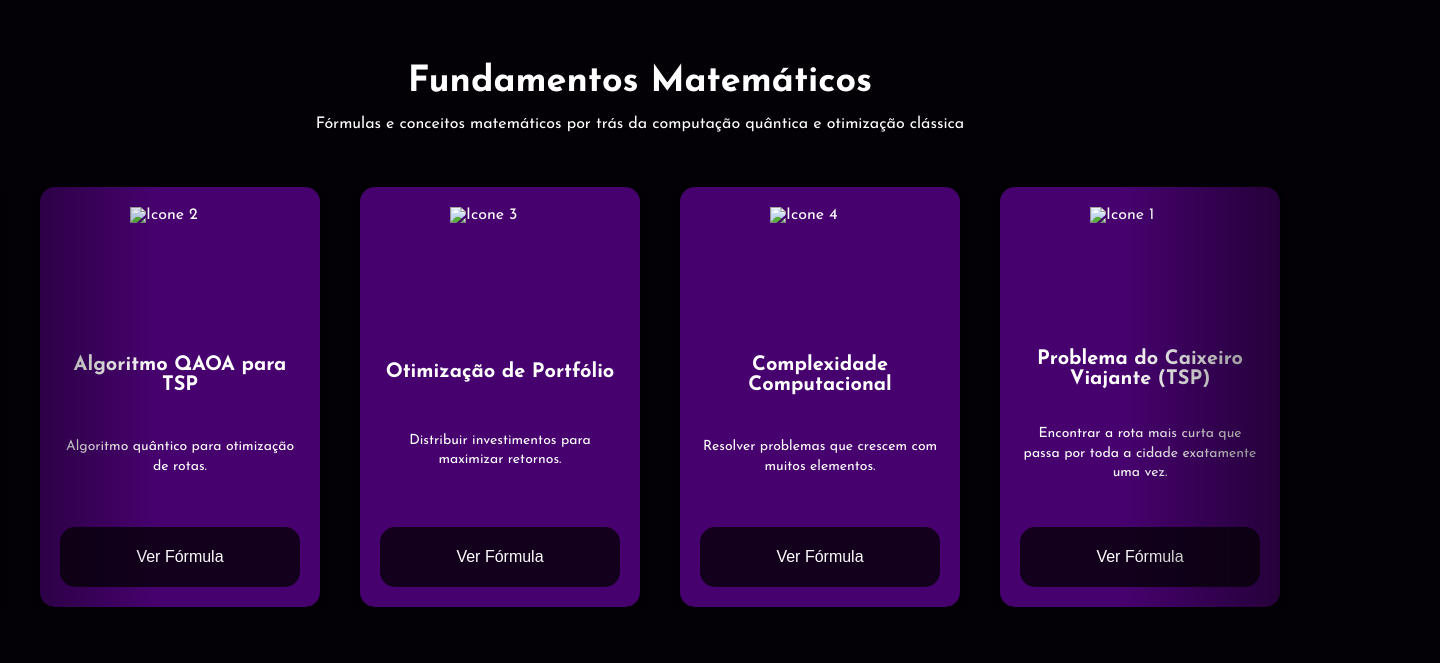
Repository: Everson9/Projeto-de-escalabilidade-quantica-definitivo
Page: fundamentos.html
These files come from the project's save history. The page is drawn as it stood at one moment and after the next save; the edit follows.
The browser window is 1280 px wide. The page is 1440 px wide, then 1280 px, so the pictures cover 1440 px, including what lies to the right of the window. The pictures show the whole page.

Above is the page before, as saved 2025-10-01 11:07:00.
Not found: caminho/para/sua/imagem1.png
Not found: caminho/para/sua/imagem2.png
Not found: caminho/para/sua/imagem3.png

### fundamentos.html
<!DOCTYPE html>
<html lang="pt-br">
<head>
    <meta charset="UTF-8">
    <meta name="viewport" content="width=device-width, initial-scale=1.0">
    <title>Carrossel Híbrido</title>
    <link rel="stylesheet" href="fundamentos.css">
    <link href="https://fonts.googleapis.com/css2?family=Josefin+Sans:wght@400;700&display=swap" rel="stylesheet">
</head>
<body>

    <div class="fundamentos-matematicos">
        <h1>Fundamentos Matemáticos</h1>
        <p>Fórmulas e conceitos matemáticos por trás da computação quântica e otimização clássica</p>
    </div>

    <div class="carousel-wrapper">
        <div id="prev-btn" class="carousel-btn">&#9664;</div>
        <div class="carousel-container">
            <div class="carousel-track">
                <!-- Cards Originais -->
                <div class="formula_1">
                    <img src="caminho/para/sua/imagem1.png" alt="Ícone 1">
                    <h4>Problema do Caixeiro Viajante (TSP )</h4>
                    <p>Encontrar a rota mais curta que passa por toda a cidade exatamente uma vez.</p>
                    <button class="button">Ver Fórmula</button>
                </div>
                <div class="formula_1">
                    <img src="caminho/para/sua/imagem2.png" alt="Ícone 2">
                    <h4>Algoritmo QAOA para TSP</h4>
                    <p>Algoritmo quântico para otimização de rotas.</p>
                    <button class="button">Ver Fórmula</button>
                </div>
                <div class="formula_1">
                    <img src="caminho/para/sua/imagem3.png" alt="Ícone 3">
                    <h4>Otimização de Portfólio</h4>
                    <p>Distribuir investimentos para maximizar retornos.</p>
                    <button class="button">Ver Fórmula</button>
                </div>
                <div class="formula_1">
                    <img src="caminho/para/sua/imagem4.png" alt="Ícone 4">
                    <h4>Complexidade Computacional</h4>
                    <p>Resolver problemas que crescem com muitos elementos.</p>
                    <button class="button">Ver Fórmula</button>
                </div>

                <!-- Cards Duplicados -->
                <div class="formula_1">
                    <img src="caminho/para/sua/imagem1.png" alt="Ícone 1">
                    <h4>Problema do Caixeiro Viajante (TSP)</h4>
                    <p>Encontrar a rota mais curta que passa por toda a cidade exatamente uma vez.</p>
                    <button class="button">Ver Fórmula</button>
                </div>
            </div>
        </div>
        <div id="next-btn" class="carousel-btn">&#9654;</div>
    </div>

    <script src="script.js"></script>

</body>
</html>

### fundamentos.css
body {
    background-color: #030105;
    font-family: 'Josefin Sans', sans-serif;
    color: #fff;
    margin: 0;
    padding: 0;
    display: flex;
    flex-direction: column;
    align-items: center;
    justify-content: flex-start;
    text-decoration: none;
    overflow-x: hidden; /* Esconde a barra de rolagem horizontal */
}

.fundamentos-matematicos {
    text-align: center;
    color: white;
    margin-top: 40px;
    margin-bottom: 20px;
}

h1 {
    font-size: 36px;
    margin-bottom: 10px;
}

/* Estilos dos Cards */
.formula_1 {
    width: 240px;
    height: 380px;
    background-color: #7703BA96;
    border-radius: 15px;
    padding: 20px;
    display: flex;
    flex-direction: column;
    justify-content: space-between;
    box-shadow: 0 4px 8px rgba(0, 0, 0, 0.2);
    margin: 0 20px; /* Espaçamento entre os cards */
    flex-shrink: 0; /* Impede que os cards encolham */
}

.formula_1 h4 {
    font-size: 20px;
    margin-bottom: 10px;
    text-align: center;
}

.formula_1 img {
    width: 100px;
    height: 100px;
    margin: 0 auto;
}

.formula_1 p {
    text-align: center;
    font-size: 14px;
    line-height: 1.4;
    margin-top: 10px;
}

.button {
    background-color: #030105C2;
    border: none;
    padding: 10px;
    color: white;
    font-size: 16px;
    text-align: center;
    height: 60px;
    border-radius: 15px;
    cursor: pointer;
    text-decoration: none;
    margin-top: 15px;
    transition: background-color 0.3s;
}

.button a {
    text-decoration: none;
    color: white;
    display: block;
    line-height: 40px;     /* Centraliza o texto verticalmente dentro do botão (ajuste se a altura do botão mudar) */
}

.button:hover a{
    background-color: #ffffffc2;
    color: #030105;
}

/* --- Novas Classes para o Carrossel --- */

body {
    background-color: #030105;
    font-family: 'Josefin Sans', sans-serif;
    color: #fff;
    margin: 0;
    padding: 0;
    display: flex;
    flex-direction: column;
    align-items: center;
    justify-content: flex-start;
    text-decoration: none;
    overflow-x: hidden; /* Esconde a barra de rolagem horizontal */
}

.fundamentos-matematicos {
    text-align: center;
    color: white;
    margin-top: 40px;
    margin-bottom: 20px;
}

h1 {
    font-size: 36px;
    margin-bottom: 10px;
}

/* Estilos dos Cards */
.formula_1 {
    width: 240px;
    height: 380px;
    background-color: #7703BA96;
    border-radius: 15px;
    padding: 20px;
    display: flex;
    flex-direction: column;
    justify-content: space-between;
    box-shadow: 0 4px 8px rgba(0, 0, 0, 0.2);
    margin: 0 20px; /* Espaçamento entre os cards */
    flex-shrink: 0; /* Impede que os cards encolham */
}

.formula_1 h4 {
    font-size: 20px;
    margin-bottom: 10px;
    text-align: center;
}

.formula_1 img {
    width: 100px;
    height: 100px;
    margin: 0 auto;
}

.formula_1 p {
    text-align: center;
    font-size: 14px;
    line-height: 1.4;
    margin-top: 10px;
}

.button {
    background-color: #030105C2;
    border: none;
    padding: 10px;
    color: white;
    font-size: 16px;
    text-align: center;
    height: 60px;
    border-radius: 15px;
    cursor: pointer;
    text-decoration: none;
    margin-top: 15px;
    transition: background-color 0.3s;
}

.button:hover {
    background-color: #ffffffc2;
    color: #030105;
}

/* --- Novas Classes para o Carrossel --- */

.carousel-container {
    width: 100%;
    display: flex;
    justify-content: flex-start; /* Alinha a trilha no início */
    overflow: hidden; /* Essencial para esconder o que está fora da tela */
    -webkit-mask-image: linear-gradient(to right, transparent, black 20%, black 80%, transparent);
    mask-image: linear-gradient(to right, transparent, black 20%, black 80%, transparent);
}

.carousel-track {
    display: flex; /* Coloca os cards em linha */
    animation: scroll 40s linear infinite; /* Aplica a animação */
}

.carousel-container:hover .carousel-track {
    animation-play-state: paused; /* Pausa a animação ao passar o mouse */
}

/* Animação de Rolagem */
@keyframes scroll {
    0% {
        transform: translateX(0);
    }
    100% {
        /* Move a trilha para a esquerda pelo tamanho exato da primeira metade dos cards */
        /* (240px de largura + 40px de margem) * 4 cards = 1120px */
        transform: translateX(calc(-280px * 4));
    }
}

After the next save:
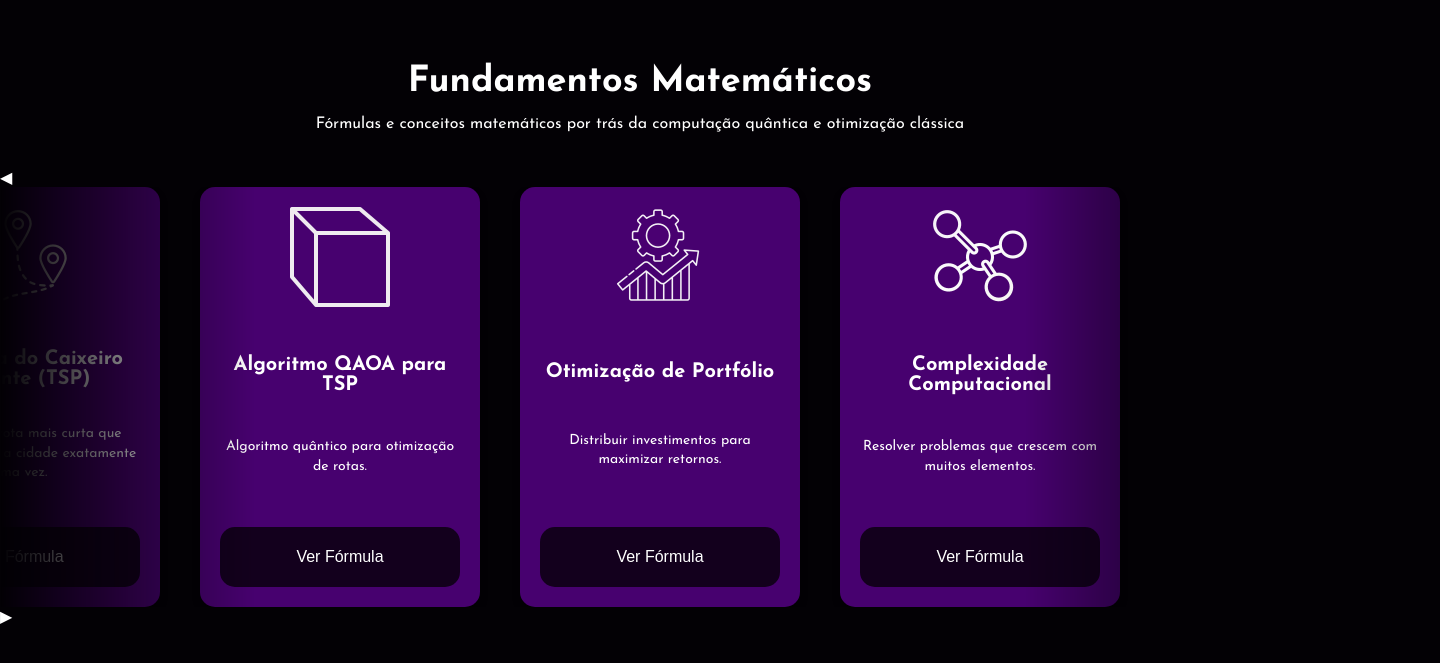
Saved 21 s later.
--- a/fundamentos.html
+++ b/fundamentos.html
@@ -3,7 +3,7 @@
 <head>
     <meta charset="UTF-8">
     <meta name="viewport" content="width=device-width, initial-scale=1.0">
-    <title>Carrossel Híbrido</title>
+    <title>Carrossel Avançado</title>
     <link rel="stylesheet" href="fundamentos.css">
     <link href="https://fonts.googleapis.com/css2?family=Josefin+Sans:wght@400;700&display=swap" rel="stylesheet">
 </head>
@@ -14,48 +14,50 @@
         <p>Fórmulas e conceitos matemáticos por trás da computação quântica e otimização clássica</p>
     </div>
 
+    <!-- Wrapper para o carrossel e as setas -->
     <div class="carousel-wrapper">
+        <!-- Seta Esquerda -->
         <div id="prev-btn" class="carousel-btn">&#9664;</div>
+
+        <!-- Container do Carrossel -->
         <div class="carousel-container">
             <div class="carousel-track">
-                <!-- Cards Originais -->
+                <!-- Cards Originais (Apenas os 4 originais são necessários, o JS cuidará da clonagem ) -->
                 <div class="formula_1">
-                    <img src="caminho/para/sua/imagem1.png" alt="Ícone 1">
-                    <h4>Problema do Caixeiro Viajante (TSP )</h4>
+                    <img src="imgs_icones/CaixeiroViajante.png" alt="Ícone do Problema do Caixeiro Viajante">
+                    <h4>Problema do Caixeiro Viajante (TSP)</h4>
                     <p>Encontrar a rota mais curta que passa por toda a cidade exatamente uma vez.</p>
-                    <button class="button">Ver Fórmula</button>
+                    <button class="button"><a href="caixeiroviajante.html">Ver Fórmula</a></button>
                 </div>
                 <div class="formula_1">
-                    <img src="caminho/para/sua/imagem2.png" alt="Ícone 2">
+                    <img src="imgs_icones/QAOA.png" alt="Ícone do Algoritmo QAOA">
                     <h4>Algoritmo QAOA para TSP</h4>
                     <p>Algoritmo quântico para otimização de rotas.</p>
-                    <button class="button">Ver Fórmula</button>
+                    <button class="button"><a href="AlgoritmoQAOA.html">Ver Fórmula</a></button>
                 </div>
                 <div class="formula_1">
-                    <img src="caminho/para/sua/imagem3.png" alt="Ícone 3">
+                    <img src="imgs_icones/OtimizacaoPortfolio.png" alt="Ícone de Otimização de Portfólio">
                     <h4>Otimização de Portfólio</h4>
                     <p>Distribuir investimentos para maximizar retornos.</p>
-                    <button class="button">Ver Fórmula</button>
+                    <button class="button"><a href="Portifolio.html">Ver Fórmula</a></button>
                 </div>
                 <div class="formula_1">
-                    <img src="caminho/para/sua/imagem4.png" alt="Ícone 4">
+                    <img src="imgs_icones/ComplexidadeComputacional.png" alt="Ícone de Complexidade Computacional">
                     <h4>Complexidade Computacional</h4>
                     <p>Resolver problemas que crescem com muitos elementos.</p>
-                    <button class="button">Ver Fórmula</button>
-                </div>
-
-                <!-- Cards Duplicados -->
-                <div class="formula_1">
-                    <img src="caminho/para/sua/imagem1.png" alt="Ícone 1">
-                    <h4>Problema do Caixeiro Viajante (TSP)</h4>
-                    <p>Encontrar a rota mais curta que passa por toda a cidade exatamente uma vez.</p>
-                    <button class="button">Ver Fórmula</button>
+                    <button class="button"><a href="Complexidade.html">Ver Fórmula</a></button>
                 </div>
             </div>
         </div>
+
+        <!-- Seta Direita -->
         <div id="next-btn" class="carousel-btn">&#9654;</div>
     </div>
 
+    <!-- NOVO: Container para os indicadores (pontos) -->
+    <div class="carousel-indicators"></div>
+
+    <!-- Adicionando o arquivo JavaScript -->
     <script src="script.js"></script>
 
 </body>
